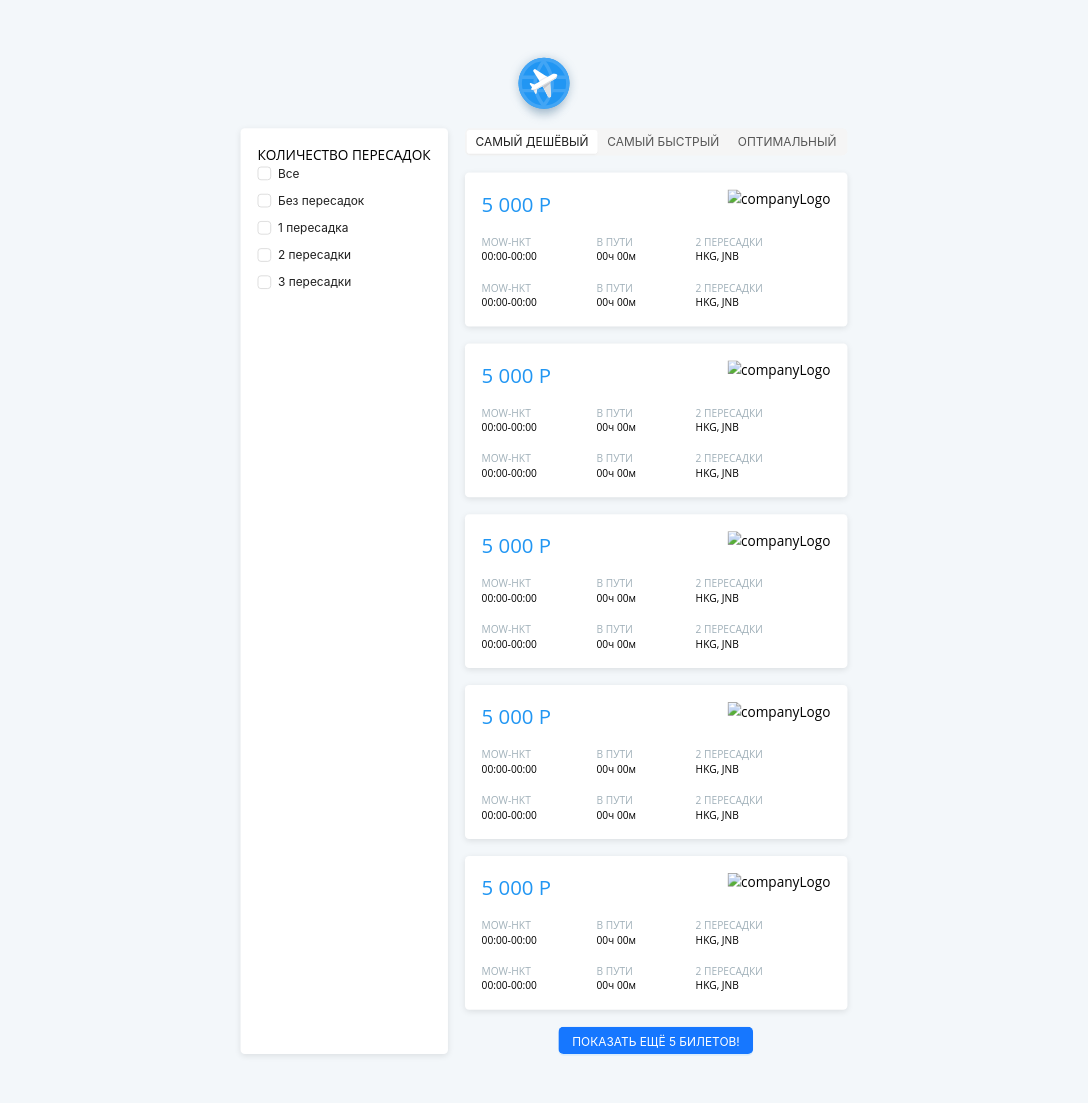
Repository: Dedoxa/aviasalesTickets
Page: /
An editor plug-in stored every save of this project. The page is shown before and after the next save, followed by the edit.
The browser window is 1280 px wide. The pictures show the whole page, at 85% of full size.
The project was rebuilt for these pictures with package versions that can differ from the ones it lists, and the page was loaded fresh each time. Also part of the build but not shown: vite.config.js.

Above is the page before, as saved 2024-10-29 15:42:45.

### index.html
<!doctype html>
<html lang="en">
  <head>
    <meta charset="UTF-8" />
    <meta name="viewport" content="width=device-width, initial-scale=1.0" />
    <title>AviasalesTickets</title>
  </head>
  <body>
    <div id="root"></div>
    <script type="module" src="/src/main.jsx"></script>
  </body>
</html>

### src/main.jsx
import { StrictMode } from 'react';
import { createRoot } from 'react-dom/client';

import App from './App.jsx';

createRoot(document.getElementById('root')).render(
  <StrictMode>
    <App />
  </StrictMode>
);

### src/App.jsx
import TransferFilters from './TransferFilters/TransferFilters.jsx';
import AppIcon from './AppIcon/AppIcon.jsx';
import PriceFilters from './PriceFilters/PriceFilters.jsx';
import TicketCard from './TicketCard/TicketCard.jsx';
import ShowMoreButton from './ShowMoreButton/ShowMoreButton.jsx';
import classes from './App.module.scss';

function App() {
  return (
    <main className={classes.App}>
      <AppIcon />
      <div style={{ display: 'flex', gap: '20px', justifyContent: 'center' }}>
        <TransferFilters />
        <div className={classes['priceFiltersAndTicketsContainer']}>
          <PriceFilters />
          <TicketCard />
          <TicketCard />
          <TicketCard />
          <TicketCard />
          <TicketCard />
          <ShowMoreButton />
        </div>
      </div>
    </main>
  );
}

export default App;

### src/TransferFilters/TransferFilters.jsx
import { Checkbox } from 'antd';

import { contentBox } from '../App.module.scss';

import classes from './TransferFilters.module.scss';

const TransferFilters = () => {
  return (
    <>
      <div className={contentBox}>
        <span className={classes.title}>КОЛИЧЕСТВО ПЕРЕСАДОК</span>
        <div className={classes.checkboxContainer}>
          <Checkbox>Все</Checkbox>
          <Checkbox>Без пересадок</Checkbox>
          <Checkbox>1 пересадка</Checkbox>
          <Checkbox>2 пересадки</Checkbox>
          <Checkbox>3 пересадки</Checkbox>
        </div>
      </div>
    </>
  );
};

export default TransferFilters;

### src/AppIcon/AppIcon.jsx
import classes from './AppIcon.module.scss';

const AppIcon = () => {
  return (
    <div className={classes.AppIcon}>
      <img src="/public/img/Logo.svg" alt="AviasalesIcon" />
    </div>
  );
};

export default AppIcon;

### src/PriceFilters/PriceFilters.jsx
import { Segmented } from 'antd';

const PriceFilters = () => {
  return <Segmented options={['САМЫЙ ДЕШЁВЫЙ', 'САМЫЙ БЫСТРЫЙ', 'ОПТИМАЛЬНЫЙ']} />;
};

export default PriceFilters;

### src/TicketCard/TicketCard.jsx
import { contentBox } from '../App.module.scss';

import classes from './TicketCard.module.scss';

const TicketCard = () => {
  return (
    <div className={contentBox} style={{ display: 'flex', flexDirection: 'column', gap: '20px' }}>
      <div className={classes.mainTicketInfo}>
        <span className={classes['price']}>5 000 Р</span>
        <img src="" alt="companyLogo"></img>
      </div>
      <div className={classes.otherTicketInfo}>
        <div className={classes['infoRow']}>
          <div className={classes['infoTwoLined']}>
            <div className={classes['titleLine']}>MOW-HKT</div>
            <div>00:00-00:00</div>
          </div>
          <div className={classes['infoTwoLined']}>
            <div className={classes['titleLine']}>В ПУТИ</div>
            <div>00ч 00м</div>
          </div>
          <div className={classes['infoTwoLined']}>
            <div className={classes['titleLine']}>2 ПЕРЕСАДКИ</div>
            <div>HKG, JNB</div>
          </div>
        </div>
        <div className={classes['infoRow']}>
          <div className={classes['infoTwoLined']}>
            <div className={classes['titleLine']}>MOW-HKT</div>
            <div>00:00-00:00</div>
          </div>
          <div className={classes['infoTwoLined']}>
            <div className={classes['titleLine']}>В ПУТИ</div>
            <div>00ч 00м</div>
          </div>
          <div className={classes['infoTwoLined']}>
            <div className={classes['titleLine']}>2 ПЕРЕСАДКИ</div>
            <div>HKG, JNB</div>
          </div>
        </div>
      </div>
    </div>
  );
};

export default TicketCard;

### src/ShowMoreButton/ShowMoreButton.jsx
import { Button } from 'antd';

import classes from './ShowMoreButton.module.scss';

const ShowMoreButton = () => {
  return (
    <div className={classes.showMoreButton}>
      <Button type="primary">ПОКАЗАТЬ ЕЩЁ 5 БИЛЕТОВ!</Button>
    </div>
  );
};

export default ShowMoreButton;

### src/App.module.scss
@font-face {
  font-family: 'Open Sans';
  src: url('https://fonts.googleapis.com/css2?family=Open+Sans:ital,wght@0,300..800;1,300..800&display=swap');
}

.contentBox {
  display: inline-block;
  font-family: 'Open Sans', sans-serif;
  background-color: #fff;
  border-radius: 5px;
  box-shadow: 0 2px 8px 0 rgba(0, 0, 0, 0.1);
  padding: 20px;
}

body {
  background-color: #f3f7fa;
  padding: 50px 103px;
}

.App {
  .priceFiltersAndTicketsContainer {
    display: flex;
    flex-direction: column;
    gap: 20px;
  }
}

### src/TransferFilters/TransferFilters.module.scss
.title {
  margin-bottom: 20px;
}

.checkboxContainer {
  display: flex;
  flex-direction: column;
  gap: 10px;
}

### src/AppIcon/AppIcon.module.scss
.AppIcon {
    text-align: center;
}

### src/TicketCard/TicketCard.module.scss
.mainTicketInfo,
.otherTicketInfo {
  display: flex;
}

.mainTicketInfo {
  justify-content: space-between;

  .price {
    color: #2196F3;
    font-size: 24px;
  }
}

.otherTicketInfo {
  flex-direction: column;
  gap: 20px;

  .infoRow {
    display: flex;
    gap: 70px;
  }

  .infoTwoLined {
    display: flex;
    flex-direction: column;
    font-size: 12px;

    .titleLine {
        color: #A0B0B9;
    }
  }
}

### src/ShowMoreButton/ShowMoreButton.module.scss
.showMoreButton {
    text-align: center;
}

After the next save:
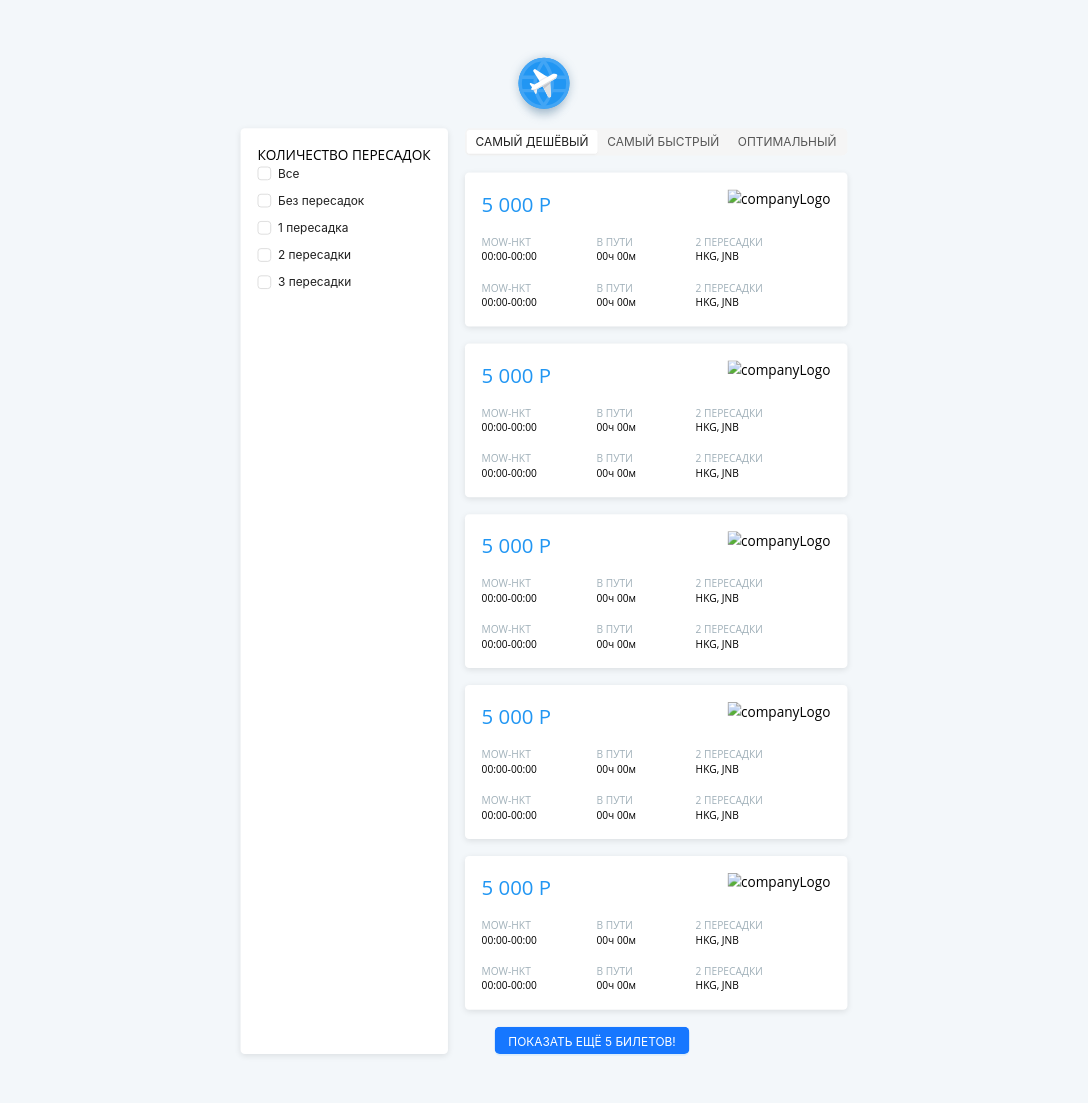
Saved 14 s later.
--- a/src/ShowMoreButton/ShowMoreButton.module.scss
+++ b/src/ShowMoreButton/ShowMoreButton.module.scss
@@ -1,3 +1,4 @@
 .showMoreButton {
-    text-align: center;
+  text-align: center;
+  width: 300px;
 }

After the save that followed:
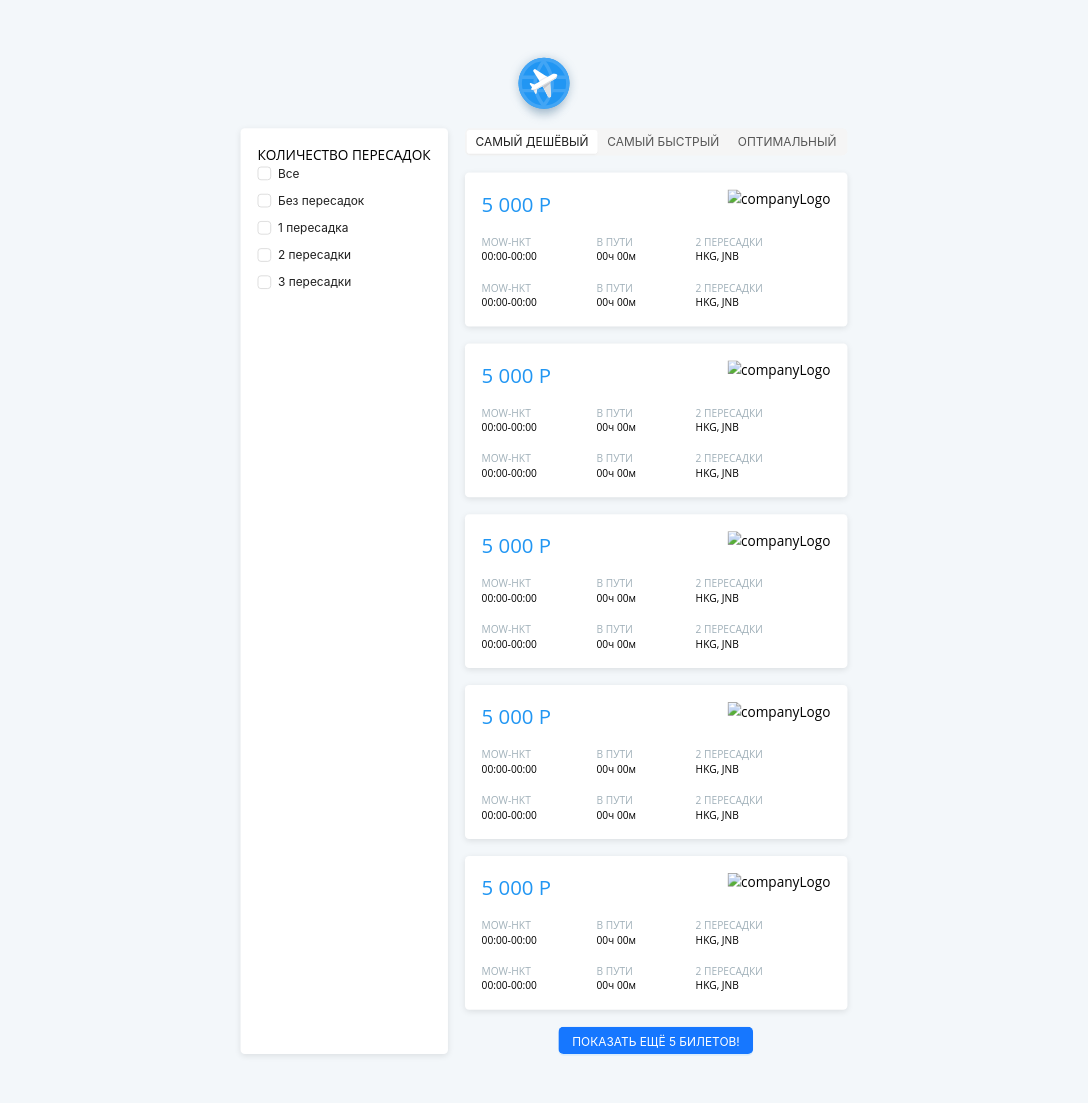
Saved 6 s later.
--- a/src/ShowMoreButton/ShowMoreButton.module.scss
+++ b/src/ShowMoreButton/ShowMoreButton.module.scss
@@ -1,4 +1,4 @@
 .showMoreButton {
   text-align: center;
-  width: 300px;
+  // width: 300px;
 }
